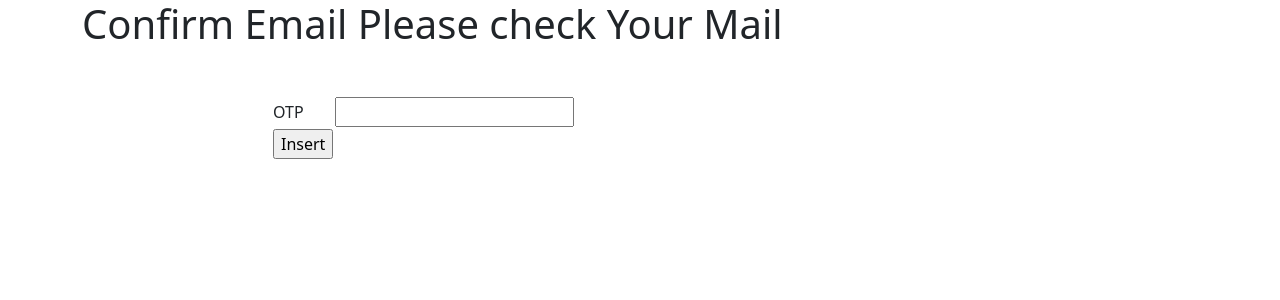
Repository: 2001Yogi/JavaWebAssignment
Page: http://localhost/MessageMVCCrud/verify.jsp
These files come from the project's save history. The page is drawn as it stood at one moment and after the next save; the edit follows.
The browser window is 1280 px wide. The pictures show the whole page.
The page is served by Tomcat 9. Other server files are loaded and not shown.

Above is the page before, as saved 2024-09-20 06:49:46.

### MessageMVCCrud/src/main/webapp/verify.jsp
<%@ page language="java" contentType="text/html; charset=ISO-8859-1"
    pageEncoding="ISO-8859-1"%>
<!DOCTYPE html>
<html>
<head>
<meta charset="ISO-8859-1">
<title>Insert title here</title>
<link
	href="https://cdn.jsdelivr.net/npm/bootstrap@5.0.2/dist/css/bootstrap.min.css"
	rel="stylesheet"
	integrity="sha384-EVSTQN3/azprG1Anm3QDgpJLIm9Nao0Yz1ztcQTwFspd3yD65VohhpuuCOmLASjC"
	crossorigin="anonymous">
<script
	src="https://cdn.jsdelivr.net/npm/bootstrap@5.0.2/dist/js/bootstrap.bundle.min.js"
	integrity="sha384-MrcW6ZMFYlzcLA8Nl+NtUVF0sA7MsXsP1UyJoMp4YLEuNSfAP+JcXn/tWtIaxVXM"
	crossorigin="anonymous"></script>
<script
	src="https://cdn.jsdelivr.net/npm/@popperjs/core@2.9.2/dist/umd/popper.min.js"
	integrity="sha384-IQsoLXl5PILFhosVNubq5LC7Qb9DXgDA9i+tQ8Zj3iwWAwPtgFTxbJ8NT4GN1R8p"
	crossorigin="anonymous"></script>
<script
	src="https://cdn.jsdelivr.net/npm/bootstrap@5.0.2/dist/js/bootstrap.min.js"
	integrity="sha384-cVKIPhGWiC2Al4u+LWgxfKTRIcfu0JTxR+EQDz/bgldoEyl4H0zUF0QKbrJ0EcQF"
	crossorigin="anonymous"></script>

</head>
<body>
	<form action="UserController" method="post" name="form">
		<div class="container" >
		<h1>Confirm Email Please check Your Mail</h1>
			<div class="row mt-5">
				<div class="col-2"></div>
				<div class="col-6">
				<table>
					<tr class="mb-3">
						<td>OTP</td>
						<td><input type = "text" name ="otp"></td>
					</tr>
					<tr class="mb-3">
						<td><input type = "Submit" name ="action" value ="Insert"></td>
					</tr>

					</table>
				</div>
			</div>
		</div>
	</form>
</body>
</html>

After the next save:
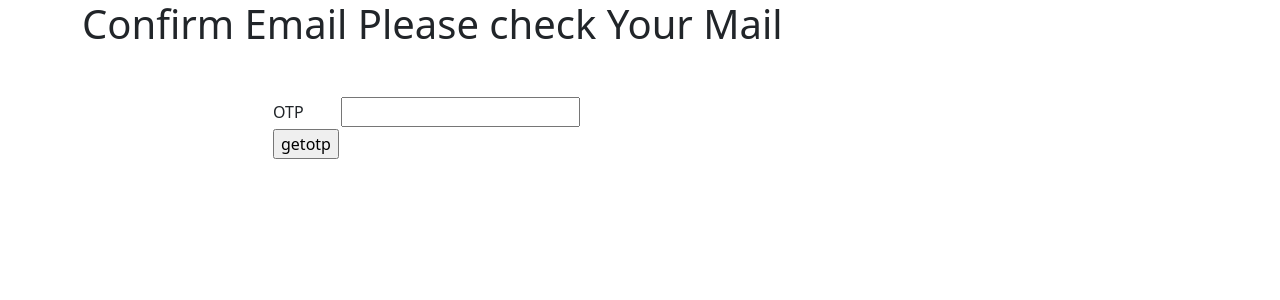
Saved 9 s later.
--- a/MessageMVCCrud/src/main/webapp/verify.jsp
+++ b/MessageMVCCrud/src/main/webapp/verify.jsp
@@ -37,7 +37,7 @@
 						<td><input type = "text" name ="otp"></td>
 					</tr>
 					<tr class="mb-3">
-						<td><input type = "Submit" name ="action" value ="Insert"></td>
+						<td><input type = "Submit" name ="action" value ="getotp"></td>
 					</tr>
 
 					</table>
